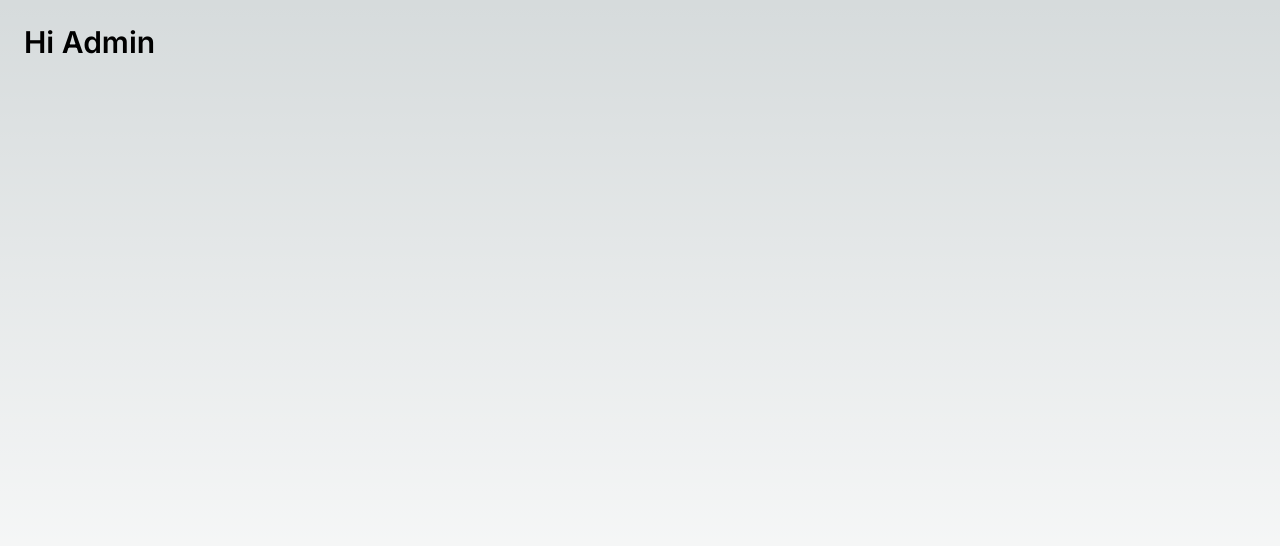
Repository: khairul35/merchant-dashboard
Page: /home
These files come from the project's save history. The page is drawn as it stood at one moment and after the next save; the edit follows.
The browser window is 1280 px wide. The pictures show the whole page.
The project was rebuilt for these pictures with package versions that can differ from the ones it lists, and the page was loaded fresh each time. The framework's server and built-in components were replaced by stand-ins that run in the browser. Also part of the build but not shown: next.config.js, app/components/layout/Header/index.module.css, app/components/layout/Header/index.component.tsx, app/components/layout/Navigation/index.module.css, app/components/layout/Navigation/index.component.tsx, app/components/layout/Navigation/menus.tsx.

Above is the page before, as saved 2024-01-03 15:36:56.

After the next save:
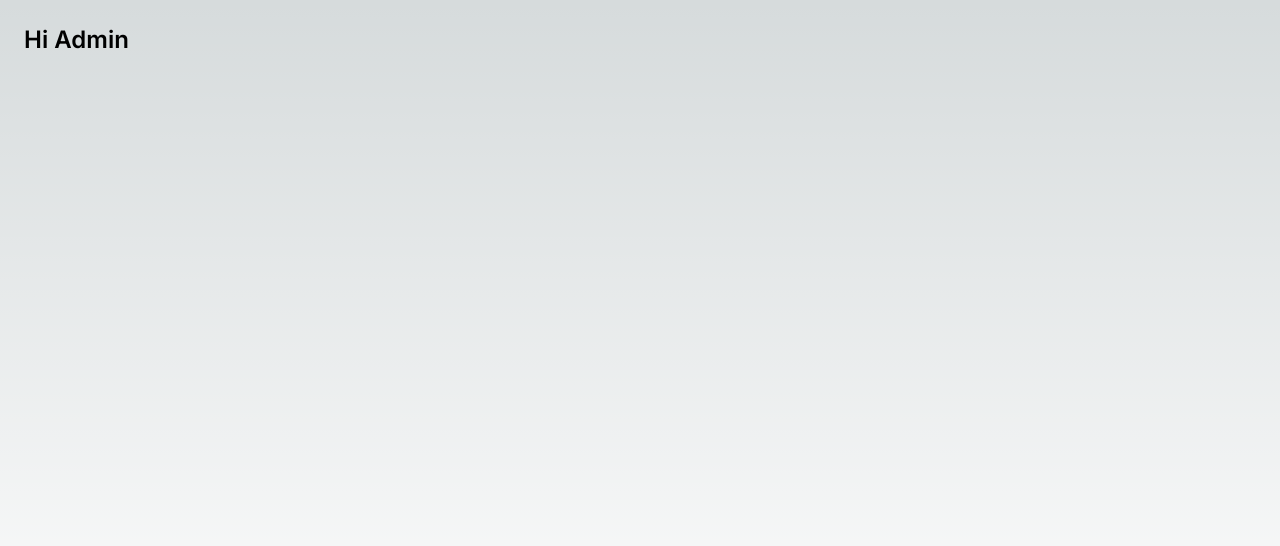
Saved 17 s later.
--- a/app/home/index.component.tsx
+++ b/app/home/index.component.tsx
@@ -6,7 +6,7 @@
     return (
         <div>
             <div className="p-2">
-                <h2 className="font-semibold text-3xl">Hi { name }</h2>
+                <h2 className="font-semibold text-2xl">Hi { name }</h2>
             </div>
         </div>
     )
